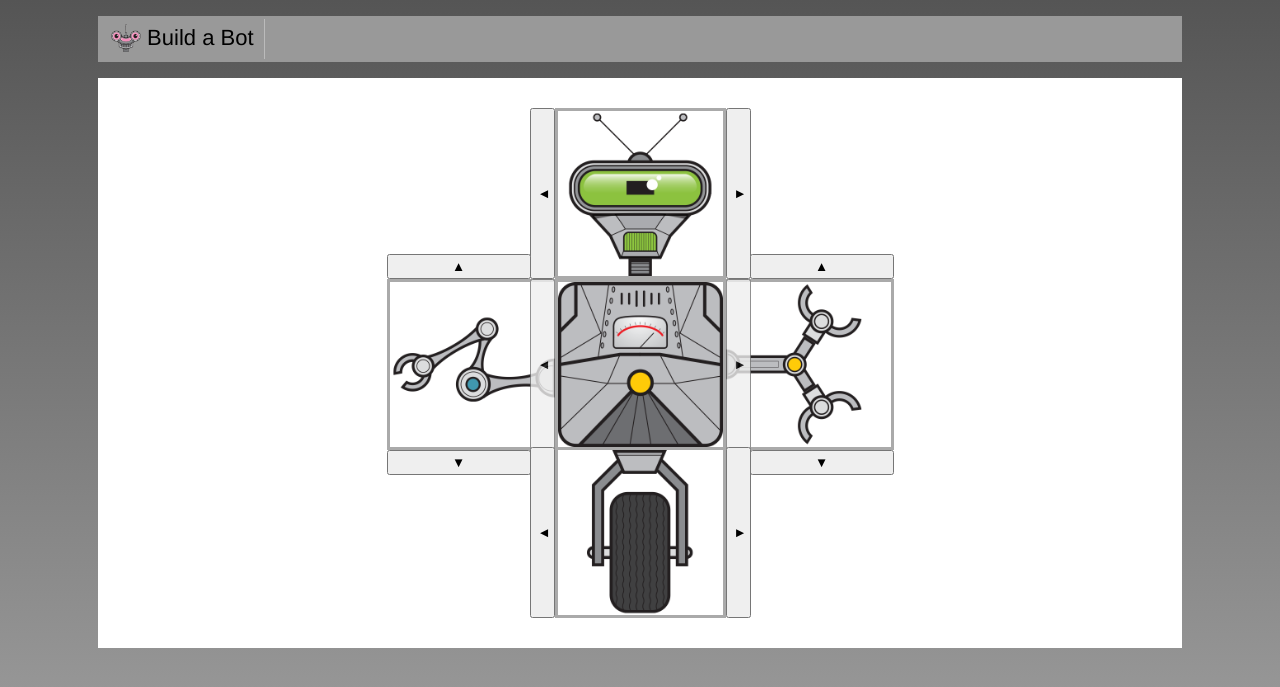
Repository: nickarocho/build-a-bot
Page: /
An editor plug-in stored every save of this project. The page is shown before and after the next save, followed by the edit.
The browser window is 1280 px wide. The pictures show the whole page.
The project was rebuilt for these pictures with package versions that can differ from the ones it lists, and the page was loaded fresh each time.

Above is the page before, as saved 2019-11-19 13:09:44.

After the next save:
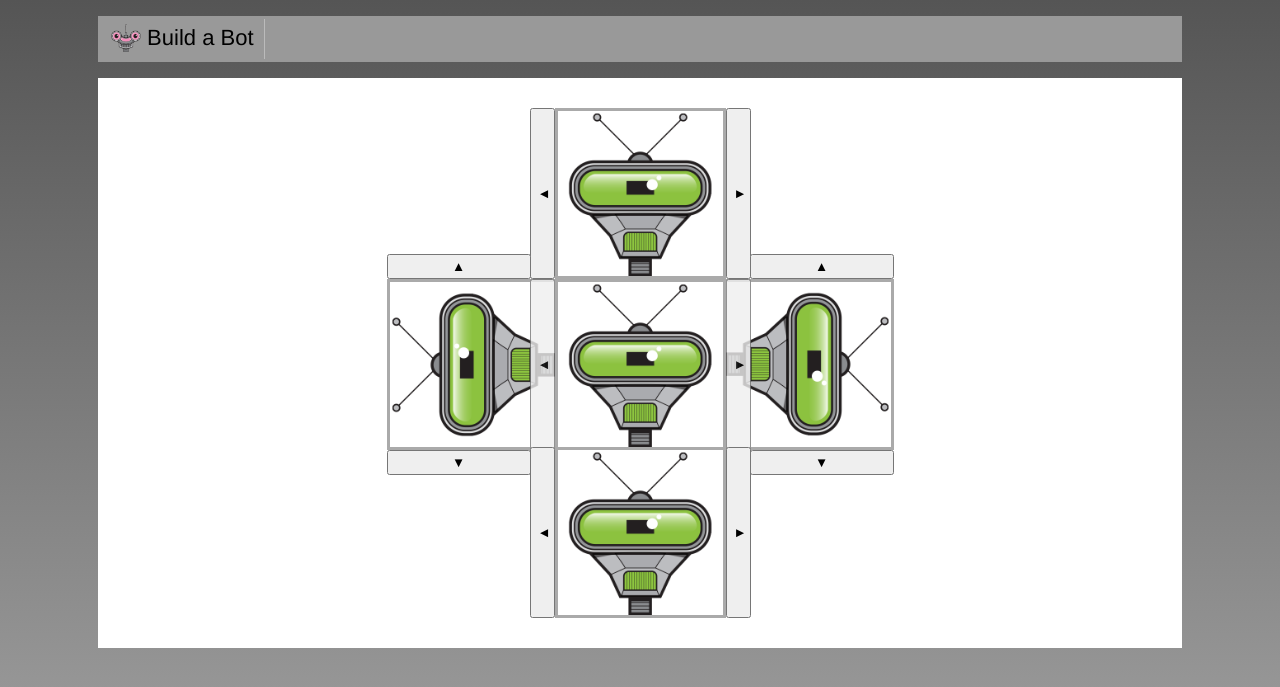
Saved 27 s later.
--- a/src/build/RobotBuilder.vue
+++ b/src/build/RobotBuilder.vue
@@ -9,24 +9,24 @@
     </div>
     <div class="middle-row">
       <div class="left part">
-        <img src="./images/arm-articulated-claw.png" title="left arm"/>
+        <img v-bind:src="availableParts.heads[0].src" title="left arm"/>
         <button class="prev-selector">&#9650;</button>
         <button class="next-selector">&#9660;</button>
       </div>
       <div class="center part">
-        <img src="./images/torso-flexible-gauged.png" title="left arm"/>
+        <img v-bind:src="availableParts.heads[0].src" title="left arm"/>
         <button class="prev-selector">&#9668;</button>
         <button class="next-selector">&#9658;</button>
       </div>
       <div class="right part">
-        <img src="./images/arm-dual-claw.png" title="left arm"/>
+        <img v-bind:src="availableParts.heads[0].src" title="left arm"/>
         <button class="prev-selector">&#9650;</button>
         <button class="next-selector">&#9660;</button>
       </div>
     </div>
     <div class="bottom-row">
       <div class="bottom part">
-        <img src="./images/base-single-wheel.png" title="left arm"/>
+        <img v-bind:src="availableParts.heads[0].src" title="left arm"/>
         <button class="prev-selector">&#9668;</button>
         <button class="next-selector">&#9658;</button>
       </div>
